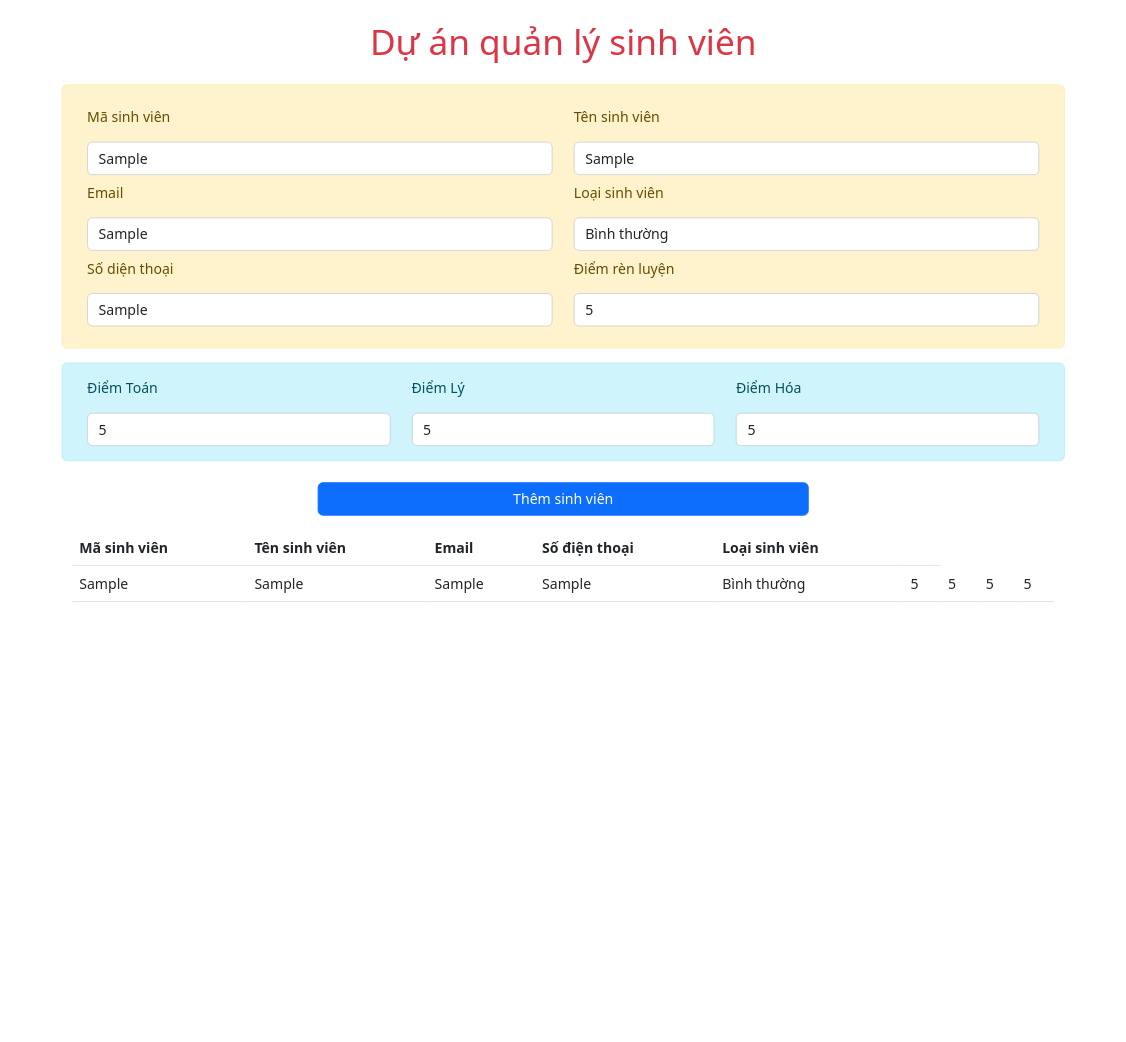
Repository: hcozyph/Cybersoft_JS_OOP
Page: index.html
These files come from the project's save history. The page is drawn as it stood at one moment and after the next save; the edit follows.
The browser window is 1280 px wide. The pictures show the whole page, at 88% of full size.
Empty fields were first filled with sample values (such as "Sample", 5 or name@example.com).
After loading, the first visible `#btnThemSinhVien` was clicked once.

Above is the page before, as saved 2023-02-26 10:23:59.

### index.html
<!DOCTYPE html>
<html lang="en">
    <head>
        <title>Quản lý sinh viên</title>
        <!-- Required meta tags -->
        <meta charset="utf-8" />
        <meta
            name="viewport"
            content="width=device-width, initial-scale=1, shrink-to-fit=no"
        />

        <!-- Bootstrap CSS v5.2.1 -->
        <link
            href="https://cdn.jsdelivr.net/npm/bootstrap@5.2.1/dist/css/bootstrap.min.css"
            rel="stylesheet"
            integrity="sha384-iYQeCzEYFbKjA/T2uDLTpkwGzCiq6soy8tYaI1GyVh/UjpbCx/TYkiZhlZB6+fzT"
            crossorigin="anonymous"
        />

        <!-- index.css -->
        <link rel="stylesheet" href="./assets/styles/index.css" />
    </head>

    <body>
        <div class="container" style="margin-bottom: 500px">
            <div class="title">
                <h3 class="text-center fs-1 text-danger my-4">
                    Dự án quản lý sinh viên
                </h3>
            </div>

            <div class="content">
                <div class="row alert alert-warning">
                    <div class="col-md-6 col-lg-6">
                        <div class="form-group my-2">
                            <p>Mã sinh viên</p>
                            <input class="form-control" id="maSinhVien"></input>
                        </div>

                        <div class="form-group my-2">
                            <p>Email</p>
                            <input class="form-control" id="email"></input>
                        </div>

                        <div class="form-group my-2">
                            <p>Số diện thoại</p>
                            <input class="form-control" id="soDienThoai"></input>
                        </div>
                    </div>

                    <div class="col-md-6 col-lg-6">
                        <div class="form-group my-2">
                            <p>Tên sinh viên</p>
                            <input class="form-control" id="tenSinhVien"></input>
                        </div>

                        <div class="form-group my-2">
                            <p>Loại sinh viên</p>
                            <select class="form-control" id="loaiSinhVien">
                                <option value="Bình thường">Bình thường</option>
                                <option value="Khó khăn">Khó khăn</option>
                            </select>
                        </div>

                        <div class="form-group my-2">
                            <p>Điểm rèn luyện</p>
                            <input type="number" class="form-control" id="diemRenLuyen">
                        </div>
                    </div>
                </div>

                <div class="alert alert-info row mt-2">
                    <div class="col-md-4">
                        <p>Điểm Toán</p>
                        <input type="number" id="diemToan" class="form-control" >
                    </div>
                    <div class="col-md-4">
                        <p>Điểm Lý</p>
                        <input type="number" id="diemLy" class="form-control" >
                    </div>
                    <div class="col-md-4">
                        <p>Điểm Hóa</p>
                        <input type="number" id="diemHoa" class="form-control" >
                    </div>
                </div>

                <div class="my-2 text-center">
                    <button class="btn btn-primary my-2 w-50 w-lg-25" id="btnThemSinhVien">Thêm sinh viên</button>
                </div>

                <table class="table mt-2">
                    <thead>
                        <tr style="    vertical-align: baseline">
                            <th>Mã sinh viên</th>
                            <th>Tên sinh viên</th>
                            <th>Email</th>
                            <th>Số điện thoại</th>
                            <th>Loại sinh viên</th>
                            <th></th>
                        </tr>
                    </thead>

                    <tbody id="tblSinhVien">
                        <!-- <td>
                            <tr></tr>
                            <tr></tr>
                        </td> -->
                    </tbody>
                </table>

            </div>
        </div>

        <!-- Bootstrap JavaScript Libraries -->
        <script
            src="https://cdn.jsdelivr.net/npm/@popperjs/core@2.11.6/dist/umd/popper.min.js"
            integrity="sha384-oBqDVmMz9ATKxIep9tiCxS/Z9fNfEXiDAYTujMAeBAsjFuCZSmKbSSUnQlmh/jp3"
            crossorigin="anonymous"
        ></script>

        <script
            src="https://cdn.jsdelivr.net/npm/bootstrap@5.2.1/dist/js/bootstrap.min.js"
            integrity="sha384-7VPbUDkoPSGFnVtYi0QogXtr74QeVeeIs99Qfg5YCF+TidwNdjvaKZX19NZ/e6oz"
            crossorigin="anonymous"
        ></script>

        <!-- models -->
        <script src="./models/SinhVien.js"></script>

        <!-- controller js -->
        <script src="./controllers/js/index.js"></script>
    </body>
</html>

### models/SinhVien.js
///--Đặt tên file -- Chữ cái đầu tiên VIẾT HOA

//---Định nghĩa prototype SinhVien

function SinhVien() {
    //input: sv: SinhVien
    this.maSinhVien = '';
    this.email = '';
    this.soDienThoai = '';
    this.tenSinhVien = '';
    this.loaiSinhVien = '';
    this.diemRenLuyen = '';

    this.diemToan = '';
    this.diemLy = '';
    this.diemHoa = '';


}

### controllers/js/index.js
////----MÔ HÌNH MVC
/*
    M [model]       -- nơi chứa các file js là prototype (class)
    V [view]        -- nơi chứa các file giao diện (.html)
    C [controller]  -- các file điều hướng giao diện (index.html => index.js, qlsp.html => qlsp.js)

    ---------------------------------------------------

    util    -- chứa các file dùng chung cho dự án (ví dụ: các method sử dụng ở các dự án trước, hoặc libs [thư viện js] )
    assets  -- là folder chứa tài nguyên của hệ thống (img, audio, viddeo, css, font,...)

*/

function getEle(n) {
    return document.getElementById(n);
}

function querySelector(n) {
    return document.querySelector(n);
}

getEle('btnThemSinhVien').onclick = function () {
    //input: sinhVien: SinhVien
    var sv = new SinhVien();
    console.log(sv)

    sv.maSinhVien = querySelector('#maSinhVien').value;
    sv.tenSinhVien = querySelector('#tenSinhVien').value;
    sv.email = querySelector('#email').value;
    sv.soDienThoai = querySelector('#soDienThoai').value;

    sv.loaiSinhVien = querySelector('#loaiSinhVien').value;
    sv.diemRenLuyen = querySelector('#diemRenLuyen').value;

    sv.diemToan = querySelector('#diemToan').value;
    sv.diemLy = querySelector('#diemLy').value;
    sv.diemHoa = querySelector('#diemHoa').value;

    //output:
    //--Step 1: tạo thẻ tr
    var tr = document.createElement('tr');

    //--Step 2: tạo ra các thẻ td từ sv (thông tin sinh viên)
    var tdMaSv = document.createElement('td');
    tdMaSv.innerHTML = sv.maSinhVien;
    var tdTenSinhVien = document.createElement('td');
    tdTenSinhVien.innerHTML = sv.tenSinhVien;
    var tdEmail = document.createElement('td');
    tdEmail.innerHTML = sv.email;


    var tdLoaiSinhVien = document.createElement('td');
    tdLoaiSinhVien.innerHTML = sv.loaiSinhVien;
    var tdSoDienThoai = document.createElement('td');
    tdSoDienThoai.innerHTML = sv.soDienThoai;
    var tdDiemRenLuyen = document.createElement('td');
    tdDiemRenLuyen.innerHTML = sv.diemRenLuyen;


    var tdDiemToan = document.createElement('td');
    tdDiemToan.innerHTML = sv.diemToan;
    var tdDiemLy = document.createElement('td');
    tdDiemLy.innerHTML = sv.diemLy;
    var tdDiemHoa = document.createElement('td');
    tdDiemHoa.innerHTML = sv.diemHoa;

    //--btnXoa
    var btnXoa = document.createElement('button');
    btnXoa.className = 'btn btn-danger';
    btnXoa.innerHTML = 'Xóa';

    var tdChucNang = document.createElement('td');
    tdChucNang.appendChild(btnXoa);


    //----ĐƯA CÁC THẺ TD VÀO TR
    tr.appendChild(tdMaSv);
    tr.appendChild(tdTenSinhVien);
    tr.appendChild(tdEmail);

    tr.appendChild(tdSoDienThoai);
    tr.appendChild(tdLoaiSinhVien);
    tr.appendChild(tdDiemRenLuyen);

    tr.appendChild(tdDiemToan);
    tr.appendChild(tdDiemLy);
    tr.appendChild(tdDiemHoa);

    //Đưa thẻ tr lên giao diện
    querySelector('tbody').appendChild(tr);





}

Loaded but not shown: assets/styles/index.css (no stored copy; drawn as an empty file)

After the next save:
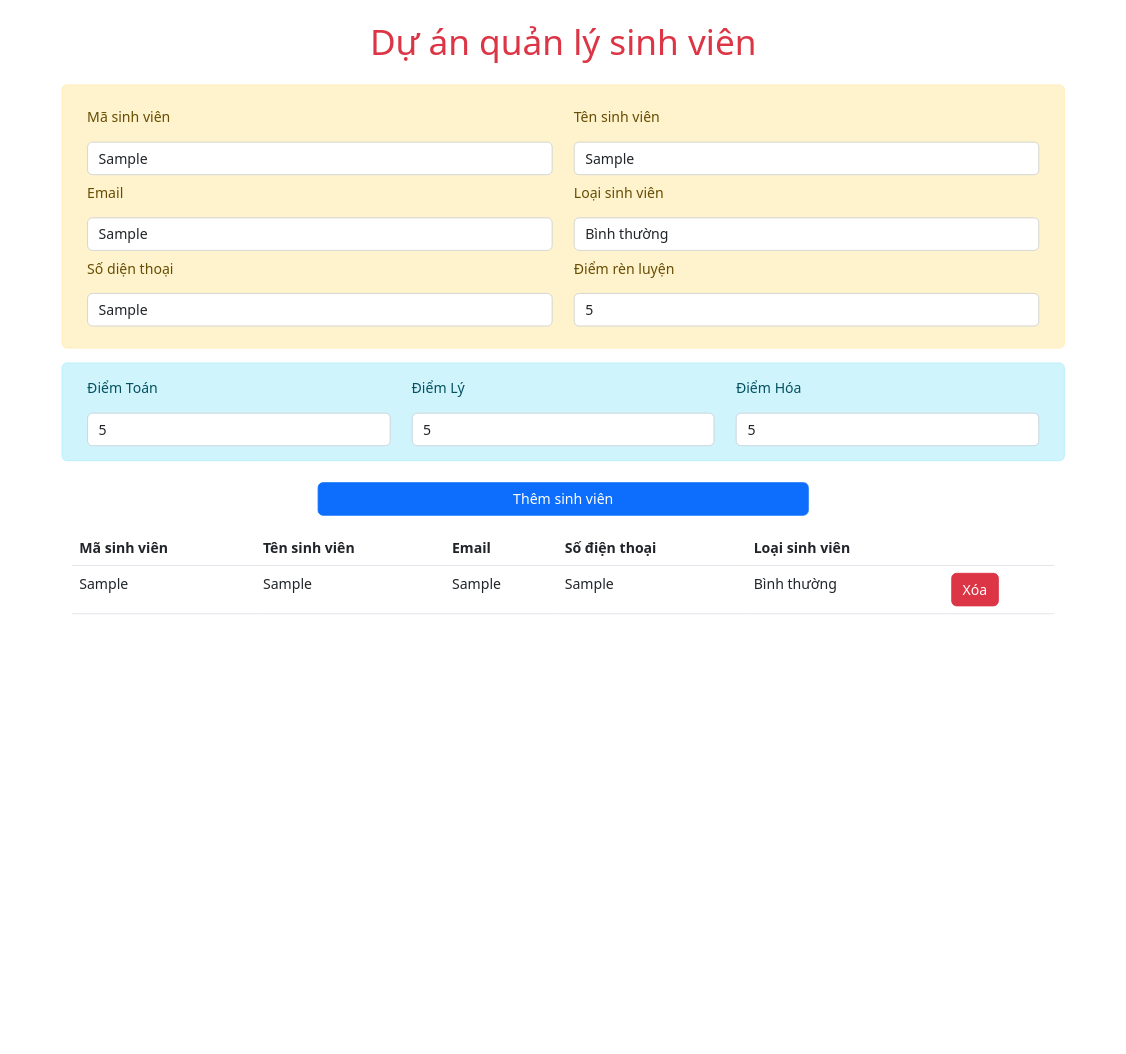
Saved 2 min 19 s later.
--- a/controllers/js/index.js
+++ b/controllers/js/index.js
@@ -64,13 +64,18 @@ getEle('btnThemSinhVien').onclick = function () {
     var tdDiemHoa = document.createElement('td');
     tdDiemHoa.innerHTML = sv.diemHoa;
 
-    //--btnXoa
+    /////------btnXoa
     var btnXoa = document.createElement('button');
     btnXoa.className = 'btn btn-danger';
     btnXoa.innerHTML = 'Xóa';
+    btnXoa.onclick = function () {
+        //Xóa đi thẻ tr chứa nút này
+
+    }
 
     var tdChucNang = document.createElement('td');
     tdChucNang.appendChild(btnXoa);
+    /////End------btnXoa
 
 
     //----ĐƯA CÁC THẺ TD VÀO TR
@@ -80,11 +85,16 @@ getEle('btnThemSinhVien').onclick = function () {
 
     tr.appendChild(tdSoDienThoai);
     tr.appendChild(tdLoaiSinhVien);
-    tr.appendChild(tdDiemRenLuyen);
+    tr.appendChild(tdChucNang);
 
-    tr.appendChild(tdDiemToan);
-    tr.appendChild(tdDiemLy);
-    tr.appendChild(tdDiemHoa);
+
+
+
+    // tr.appendChild(tdDiemRenLuyen);
+
+    // tr.appendChild(tdDiemToan);
+    // tr.appendChild(tdDiemLy);
+    // tr.appendChild(tdDiemHoa);
 
     //Đưa thẻ tr lên giao diện
     querySelector('tbody').appendChild(tr);
